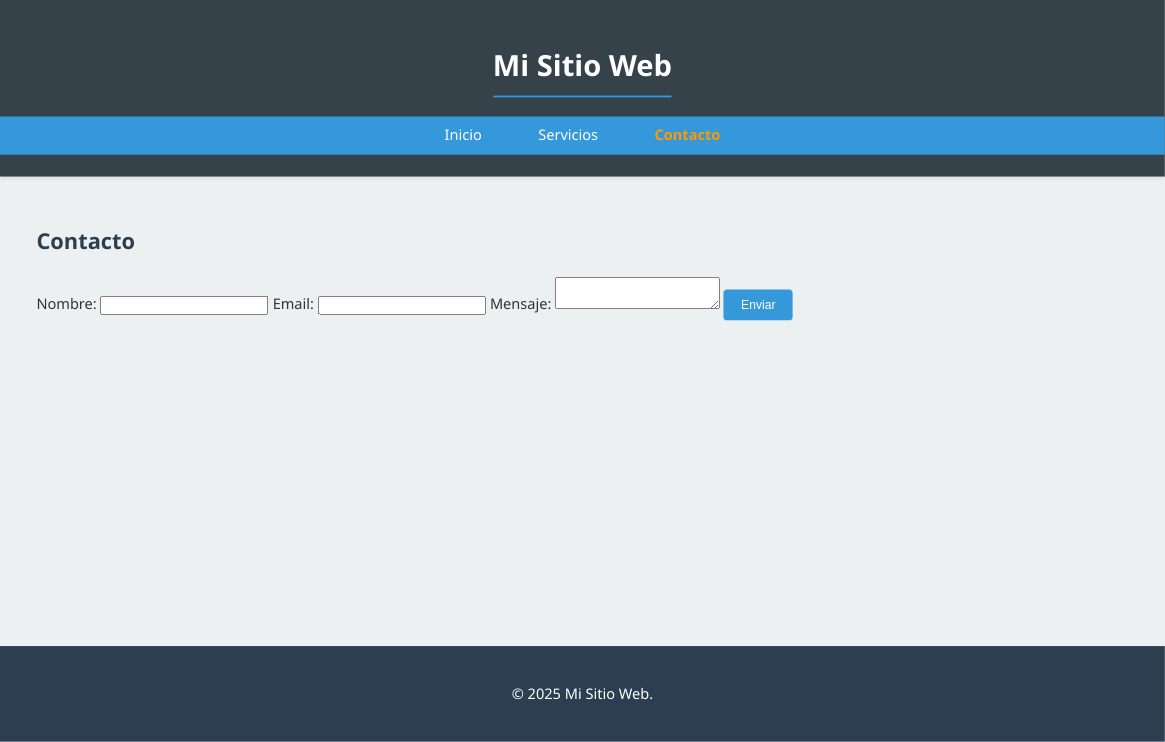
Repository: Sevanjo/Pagina_web
Page: HTML/contacto.html
The author's editor kept a copy of each file at every save. The page is drawn from the files as they stood at one save, then again after the next save.
The browser window is 1280 px wide. The pictures show the whole page, at 91% of full size.

Above is the page before, as saved 2025-04-20 19:27:42.

### HTML/contacto.html
<!DOCTYPE html>
<html lang="es">
<head>
    <meta charset="UTF-8">
    <meta name="viewport" content="width=device-width, initial-scale=1.0">
    <title>Mi Sitio Web - Contacto</title>
    <link rel="stylesheet" href="../CSS/styles.css">
</head>
<body>
    <header>
        <h1>Mi Sitio Web</h1>
        <nav>
            <ul>
                <li><a href="index.html">Inicio</a></li>
                <li><a href="servicios.html">Servicios</a></li>
                <li><a href="contacto.html">Contacto</a></li>
            </ul>
        </nav>
    </header>

    <main>
        <section>
            <h2>Contacto</h2>
            <form id="contactForm">
                <label for="name">Nombre:</label>
                <input type="text" id="name" name="name" required>

                <label for="email">Email:</label>
                <input type="email" id="email" name="email" required>

                <label for="message">Mensaje:</label>
                <textarea id="message" name="message" required></textarea>

                <button type="submit">Enviar</button>
            </form>
        </section>
    </main>

    <footer>
        <p>&copy; 2025 Mi Sitio Web.</p>
    </footer>

    <script src="js/script.js"></script>
</body>
</html>

### CSS/styles.css
/* Variables de color */
:root {
    --primary-color: #2c3e50;
    --secondary-color: #3498db;
    --accent-color: #e74c3c;
    --light-color: #ecf0f1;
    --dark-color: #2c3e50;
    --text-color: #333333;
    --text-light: #ffffff;
}

/* Estilos generales */
body {
    font-family: 'Segoe UI', Tahoma, Geneva, Verdana, sans-serif;
    line-height: 1.6;
    margin: 0;
    padding: 0;
    color: var(--text-color);
    background-color: var(--light-color);
}

header {
    background: var(--primary-color);
    color: var(--text-light);
    padding: 1.5rem 0;
    text-align: center;
    box-shadow: 0 2px 5px rgba(0,0,0,0.1);
}
header h1 {
    color: #ffffff; /* Color del texto */
}

nav {
    background: var(--secondary-color);
    padding: 0.5rem 0;
}

nav ul {
    padding: 0;
    list-style: none;
    text-align: center;
    margin: 0;
    display: flex;
    justify-content: center;
}

nav li {
    margin: 0 15px;
}

nav a {
    color: var(--text-light);
    text-decoration: none;
    padding: 0.5rem 1rem;
    border-radius: 4px;
    transition: all 0.3s ease;
}

nav a:hover {
    background: rgba(255,255,255,0.2);
}

main {
    padding: 2rem;
    max-width: 1200px;
    margin: 0 auto;
    min-height: calc(100vh - 300px); /* Ajuste para el footer */
}

footer {
    background: var(--primary-color);
    color: var(--text-light);
    text-align: center;
    padding: 1.5rem;
    margin-top: 2rem;
}

/* Estilos para títulos */
h1, h2, h3 {
    color: var(--primary-color);
}

h1 {
    border-bottom: 2px solid var(--secondary-color);
    padding-bottom: 0.5rem;
    display: inline-block;
}

/* Botones */
button, .button {
    background: var(--secondary-color);
    color: var(--text-light);
    border: none;
    padding: 0.6rem 1.2rem;
    border-radius: 4px;
    cursor: pointer;
    transition: all 0.3s ease;
}

button:hover, .button:hover {
    background: var(--accent-color);
    transform: translateY(-2px);
}

/* Efectos adicionales */
.card {
    background: white;
    border-radius: 8px;
    padding: 1.5rem;
    margin: 1rem 0;
    box-shadow: 0 2px 10px rgba(0,0,0,0.1);
    transition: transform 0.3s ease;
}

.card:hover {
    transform: translateY(-5px);
}

### JS/script.js
// Función para manejar el envío del formulario
document.getElementById('contactForm')?.addEventListener('submit', function(e) {
    e.preventDefault();

    const name = document.getElementById('name').value;
    const email = document.getElementById('email').value;
    const message = document.getElementById('message').value;

    // Validación simple
    if (name && email && message) {
        alert(`Gracias ${name}, tu mensaje ha sido enviado. Te responderemos a ${email} pronto.`);
        this.reset();
    } else {
        alert('Por favor completa todos los campos.');
    }
});

// Cambiar el color del encabezado al hacer scroll
window.addEventListener('scroll', function() {
    const header = document.querySelector('header');
    if (window.scrollY > 50) {
        header.style.backgroundColor = '#222';
    } else {
        header.style.backgroundColor = '#35424a';
    }
});

// Resaltar el enlace de la página actual
document.addEventListener('DOMContentLoaded', function() {
    const currentPage = location.pathname.split('/').pop();
    const links = document.querySelectorAll('nav a');

    links.forEach(link => {
        if (link.getAttribute('href') === currentPage) {
            link.style.fontWeight = 'bold';
            link.style.color = '#ff9900';
        }
    });
});

After the next save:
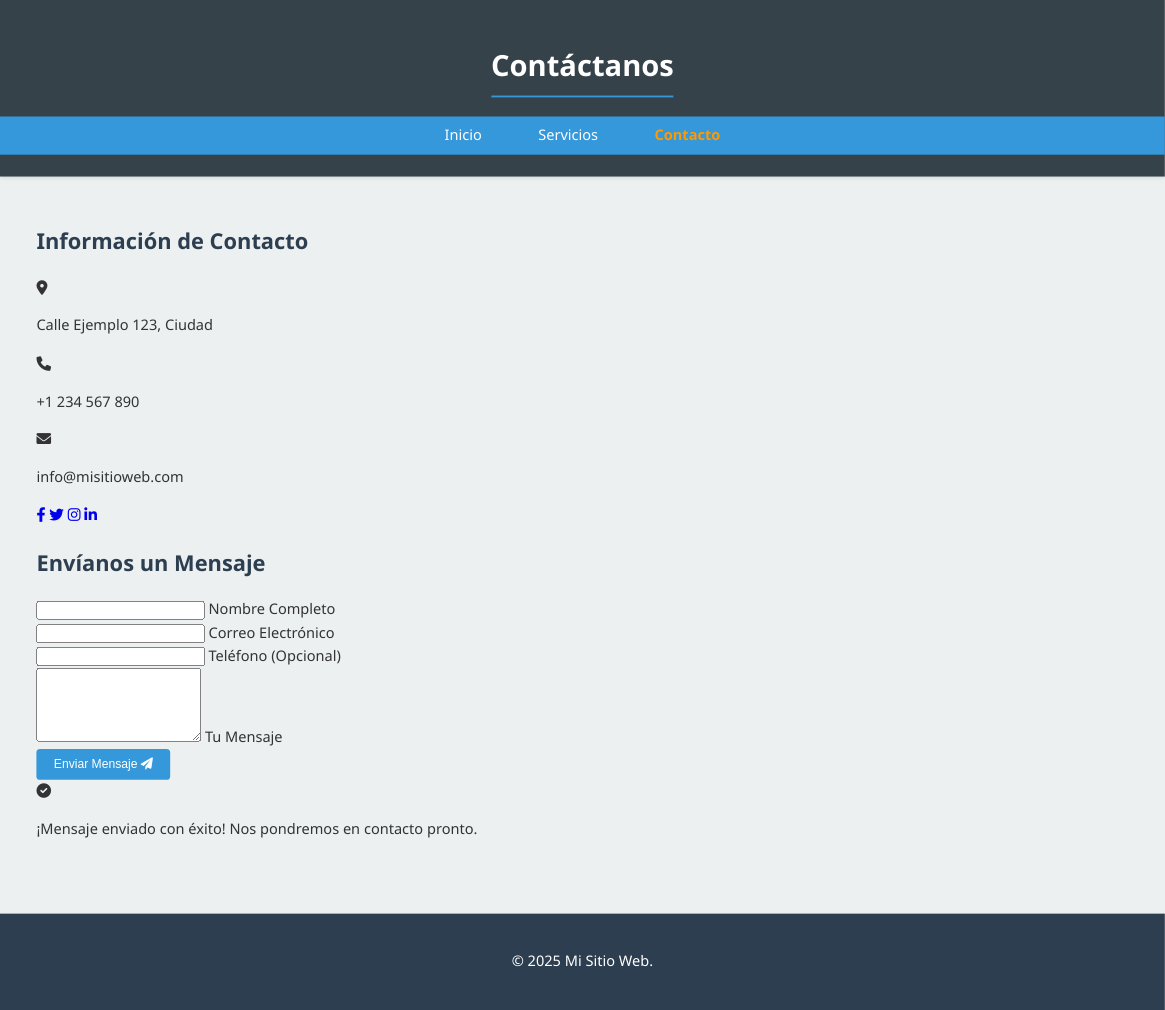
Saved 6 min 53 s later.
--- a/HTML/contacto.html
+++ b/HTML/contacto.html
@@ -3,12 +3,15 @@
 <head>
     <meta charset="UTF-8">
     <meta name="viewport" content="width=device-width, initial-scale=1.0">
-    <title>Mi Sitio Web - Contacto</title>
+    <title>Contacto - Mi Sitio Web</title>
     <link rel="stylesheet" href="../CSS/styles.css">
+    <link rel="stylesheet" href="https://cdnjs.cloudflare.com/ajax/libs/font-awesome/6.0.0/css/all.min.css">
 </head>
 <body>
+    <div class="loader"></div>
+
     <header>
-        <h1>Mi Sitio Web</h1>
+        <h1>Contáctanos</h1>
         <nav>
             <ul>
                 <li><a href="index.html">Inicio</a></li>
@@ -19,20 +22,71 @@
     </header>
 
     <main>
-        <section>
-            <h2>Contacto</h2>
-            <form id="contactForm">
-                <label for="name">Nombre:</label>
-                <input type="text" id="name" name="name" required>
+        <section class="contact-section">
+            <div class="contact-container">
+                <div class="contact-info">
+                    <h2>Información de Contacto</h2>
+                    <div class="info-item">
+                        <i class="fas fa-map-marker-alt"></i>
+                        <p>Calle Ejemplo 123, Ciudad</p>
+                    </div>
+                    <div class="info-item">
+                        <i class="fas fa-phone"></i>
+                        <p>+1 234 567 890</p>
+                    </div>
+                    <div class="info-item">
+                        <i class="fas fa-envelope"></i>
+                        <p>info@misitioweb.com</p>
+                    </div>
+                    <div class="social-links">
+                        <a href="#"><i class="fab fa-facebook-f"></i></a>
+                        <a href="#"><i class="fab fa-twitter"></i></a>
+                        <a href="#"><i class="fab fa-instagram"></i></a>
+                        <a href="#"><i class="fab fa-linkedin-in"></i></a>
+                    </div>
+                </div>
 
-                <label for="email">Email:</label>
-                <input type="email" id="email" name="email" required>
+                <form id="contactForm" class="contact-form">
+                    <h2>Envíanos un Mensaje</h2>
 
-                <label for="message">Mensaje:</label>
-                <textarea id="message" name="message" required></textarea>
+                    <div class="form-group">
+                        <input type="text" id="name" name="name" required>
+                        <label for="name">Nombre Completo</label>
+                        <span class="focus-border"></span>
+                        <div class="error-message" id="name-error"></div>
+                    </div>
 
-                <button type="submit">Enviar</button>
-            </form>
+                    <div class="form-group">
+                        <input type="email" id="email" name="email" required>
+                        <label for="email">Correo Electrónico</label>
+                        <span class="focus-border"></span>
+                        <div class="error-message" id="email-error"></div>
+                    </div>
+
+                    <div class="form-group">
+                        <input type="tel" id="phone" name="phone">
+                        <label for="phone">Teléfono (Opcional)</label>
+                        <span class="focus-border"></span>
+                    </div>
+
+                    <div class="form-group">
+                        <textarea id="message" name="message" rows="5" required></textarea>
+                        <label for="message">Tu Mensaje</label>
+                        <span class="focus-border"></span>
+                        <div class="error-message" id="message-error"></div>
+                    </div>
+
+                    <button type="submit" class="submit-btn">
+                        <span>Enviar Mensaje</span>
+                        <i class="fas fa-paper-plane"></i>
+                    </button>
+
+                    <div id="form-success" class="success-message">
+                        <i class="fas fa-check-circle"></i>
+                        <p>¡Mensaje enviado con éxito! Nos pondremos en contacto pronto.</p>
+                    </div>
+                </form>
+            </div>
         </section>
     </main>
 
